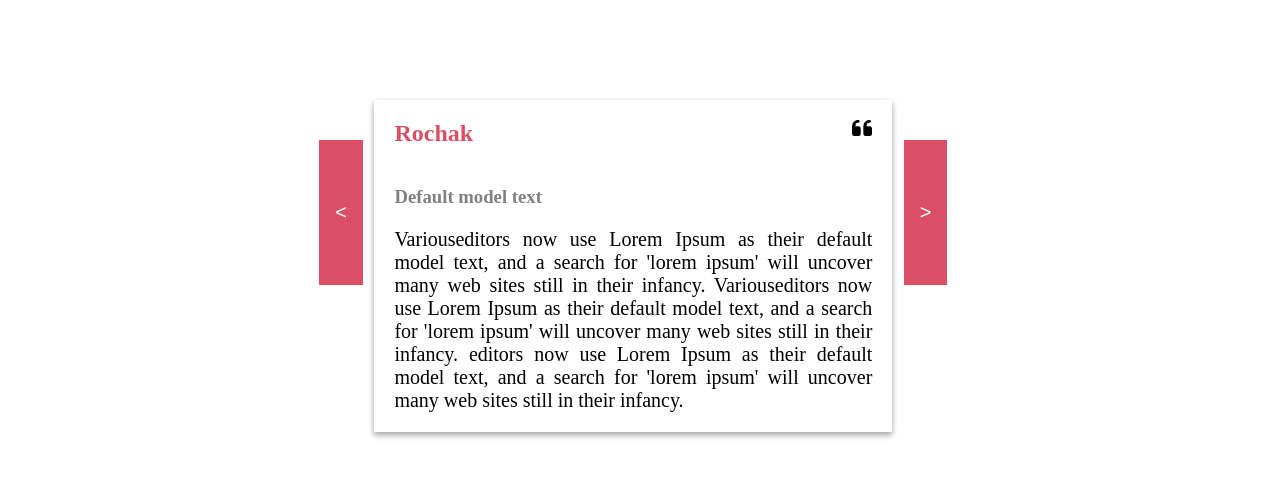
Repository: AVINKUMARP/gifts
Page: demo2.html
An editor plug-in stored every save of this project. The page is shown before and after the next save, followed by the edit.
The browser window is 1280 px wide. The pictures show the whole page.

Above is the page before, as saved 2023-08-24 14:34:33.

### demo2.html
<!DOCTYPE html>
<html lang="en">

<head>
    <meta charset="UTF-8">
    <meta name="viewport" content="width=device-width, initial-scale=1.0">
    <title>Document</title>
    <style>
        .container {
            display: flex;
            flex-wrap: wrap;
            text-align: center;
            margin: 100px 300px;
        }

        .cbutl {
            width: 10%;
        }

        .cpara {
            width: 78%;
            box-shadow: rgba(0, 0, 0, 0.16) 0px 3px 6px, rgba(0, 0, 0, 0.23) 0px 3px 6px;
        }

        .cbutr {
            width: 10%;
        }

        .csub {
            display: flex;
            flex-wrap: wrap;
            justify-content: space-between;
        }

        .cbutl button {
            background-color: #db4f66;
            color: white;
            border: 1px solid #db4f66;
            padding: 60px 15px;
            font-size: 20px;
        }

        .cbutl {
            padding-top: 40px;
        }

        .cbutr button {
            background-color: #db4f66;
            color: white;
            border: 1px solid #db4f66;
            padding: 60px 15px;
            font-size: 20px;
        }

        .cbutr {
            padding-top: 40px;
        }

        .csub h2 {
            text-align: start;

        }

        .ch h2 {
            color: #db4f66;
        }

        .cpara h3 {
            color: gray;
        }

        .cpara h3 {
            text-align: start;
            padding: 0 20px;
        }

        .cpara p {
            text-align: justify;
            font-size: 20px;
            padding: 0 20px;
        }

        .cicon {
            padding-top: 20px;
            text-align: end;
        }

        .csub {
            padding: 0 20px;
        }
    </style>
</head>

<body>
    <div class="container">

        <div class="cbutl"><button><</button>
        </div>
        <div class="cpara">
            <div class="csub">
                <div class="ch">
                    <h2>Rochak</h2>
                </div>
                <div class="cicon"><img src="./images/icon.png" alt="loading..." width="8%"></div>
            </div>
            <h3>Default model text</h3>
            <p>Variouseditors now use Lorem Ipsum as their default model text, and a search for 'lorem ipsum' will
                uncover many web sites still in their infancy. Variouseditors now use Lorem Ipsum as their default
                model text, and a search for 'lorem ipsum' will uncover many web sites still in their infancy.
                editors now use Lorem Ipsum as their default model text, and a search for 'lorem ipsum' will uncover
                many web sites still in their infancy.</p>
        </div>
        <div class="cbutr"><button>></button></div>
    </div>
</body>

</html>

After the next save:
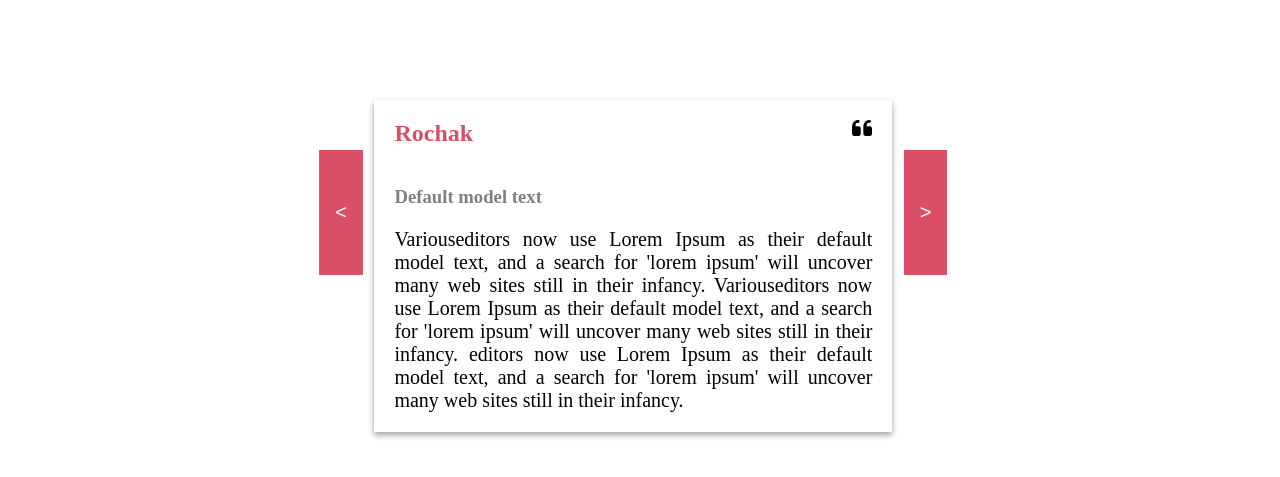
Saved 27 s later.
--- a/demo2.html
+++ b/demo2.html
@@ -36,24 +36,24 @@
             background-color: #db4f66;
             color: white;
             border: 1px solid #db4f66;
-            padding: 60px 15px;
+            padding: 50px 15px;
             font-size: 20px;
         }
 
         .cbutl {
-            padding-top: 40px;
+            padding-top: 50px;
         }
 
         .cbutr button {
             background-color: #db4f66;
             color: white;
             border: 1px solid #db4f66;
-            padding: 60px 15px;
+            padding: 50px 15px;
             font-size: 20px;
         }
 
         .cbutr {
-            padding-top: 40px;
+            padding-top: 50px;
         }
 
         .csub h2 {
